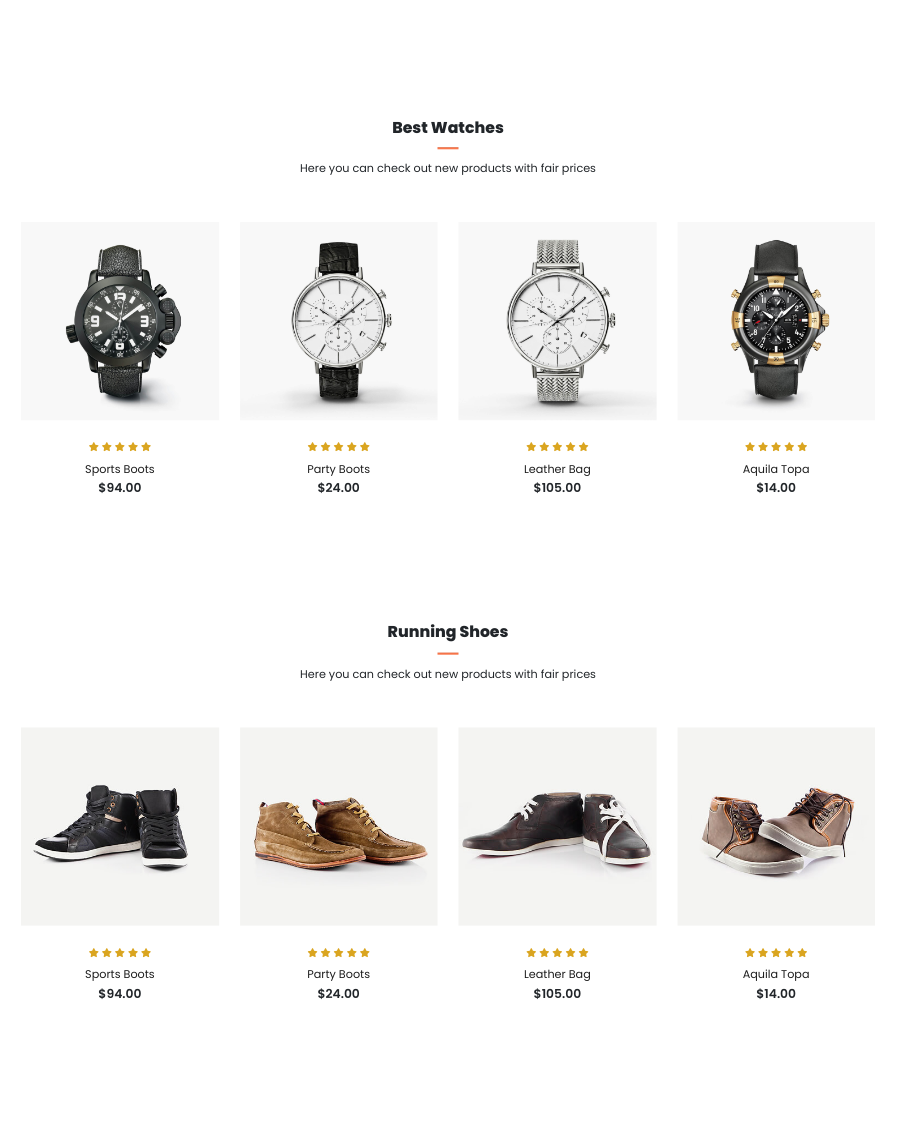
Repository: peter417waweru/e-commerce-UI
Page: index.html
An editor plug-in stored every save of this project. The page is shown before and after the next save, followed by the edit.
The browser window is 1280 px wide. The page is 1280 px wide, then 1295 px, so the pictures cover 1295 px, including what lies to the right of the window. The pictures show the part of the page from y = 3315 to 5195 px (the page is 4927 px tall before and 5195 px after), at 70% of full size.
Backgrounds fixed to the window are drawn as part of the page. Some web libraries are served in a nearby version.

Above is the page before, as saved 2025-02-08 08:25:47.

### index.html
<!DOCTYPE html>
<html lang="en">

    <head>
        <meta charset="UTF-8">
        <meta http-equiv="X-UA-Compatible" content="IE=edge">
        <meta name="viewport" content="width=device-width, initial-scale=1.0">
        <title>Ecommerce Website1</title>

        <link rel="stylesheet" href="https://cdn.jsdelivr.net/npm/bootstrap@4.1.3/dist/css/bootstrap.min.css"
         integrity="sha384-MCw98/SFnGE8fJT3GXwEOngsV7Zt27NXFoaoApmYm81iuXoPkFOJwJ8ERdknLPMO" crossorigin="anonymous">

        <link rel="stylesheet" href="https://pro.fontawesome.com/releases/v5.10.0/css/all.css" />

        <link rel="stylesheet" href="./style.css">
    </head>

    <body>

        <nav class="navbar navbar-expand-lg navbar-light bg-light py-3 fixed-top">
            <div class="container">
              <img src="img/logo1.png" alt="">
              <button class="navbar-toggler" type="button" data-bs-toggle="collapse" data-bs-target="#navbarSupportedContent" aria-controls="navbarSupportedContent" aria-expanded="false" aria-label="Toggle navigation">
                <span><i id="bar" class="fas fa-bars"></i></span>
              </button>
              <div class="collapse navbar-collapse" id="navbarSupportedContent">
                <ul class="navbar-nav ml-auto">
                  <li class="nav-item">
                    <a class="nav-link active" aria-current="page" href="#">Home</a>
                  </li>
                  <li class="nav-item">
                    <a class="nav-link" aria-current="page" href="#">Shop</a>
                  </li>
                  <li class="nav-item">
                    <a class="nav-link" aria-current="page" href="#">Blog</a>
                  </li>
                  <li class="nav-item">
                    <a class="nav-link" aria-current="page" href="#">About</a>
                  </li>
                  <li class="nav-item">
                    <a class="nav-link" aria-current="page" href="#">Contact Us</a>
                  </li>
                  <li class="nav-item">
                    <i class="fal fa-search"></i>
                    <i class="fal fa-shopping-bag"></i>
                  </li>


                </ul>

              </div>
            </div>
        </nav>


        <section id="home">
          <div class="container">
            <h5>NEW ARRIVALS</h5>
            <h1><span>Best Price</span> This year</h1>
            <p>Shop today with us for the best offers delivered to your doorsteps <br>
               within seconds.
            </p>
            <button>Shop Now</button>
          </div>
        </section>

        <section id="brand" class="container">
          <div class="row m-0 py-5">
            <img class="img-fluid col-lg-2 col-md-4 col-sm-6" src="img/brand/1.png" alt="">
            <img class="img-fluid col-lg-2 col-md-4 col-sm-6" src="img/brand/2.png" alt="">
            <img class="img-fluid col-lg-2 col-md-4 col-sm-6" src="img/brand/3.png" alt="">
            <img class="img-fluid col-lg-2 col-md-4 col-sm-6" src="img/brand/4.png" alt="">
            <img class="img-fluid col-lg-2 col-md-4 col-sm-6" src="img/brand/5.png" alt="">
            <img class="img-fluid col-lg-2 col-md-4 col-sm-6" src="img/brand/6.png" alt="">
          </div>
        </section>

        <section id="new" class="w-100">
          <div class="row p-0 m-0">
            <div class="one col-lg-4 col-md-12 col-sm-12 p-0">
              <img class="img-fluid" src="img/new/1.jpg" alt="">
              <div class="details">
                <h2>Extreme Rare Sneakers</h2>
                <button class="text-uppercase">shop now</button>
              </div>
            </div>
            <div class="one col-lg-4 col-md-12 col-sm-12 p-0">
              <img class="img-fluid" src="img/new/5.jpg" alt="">
              <div class="details">
                <h2>Awesome blank outfit</h2>
                <button class="text-uppercase">shop now</button>
              </div>
            </div>
            <div class="one col-lg-4 col-md-12 col-sm-12 p-0">
              <img class="img-fluid" src="img/new/3.jpg" alt="">
              <div class="details">
                <h2>Sportwear upto 50% off</h2>
                <button class="text-uppercase">shop now</button>
              </div>
            </div>
          </div>
        </section>

        <section id="featured" class="my-5 pb-5">
          <div class="container text-center mt-5 py-5">
            <h3>Our Featured</h3>
            <hr class="mx-auto">
            <p>Here you can check out our new products with the most fair prices</p>
          </div>
          <div class="row mx-auto container-fluid">
            <div class="product text-center col-lg-3 col-md-4 col-12">
              <img class="img-fluid mb-3" src="img/featured/1.jpg" alt="">
              <div class="star">
                <i class="fas fa-star"></i>
                <i class="fas fa-star"></i>
                <i class="fas fa-star"></i>
                <i class="fas fa-star"></i>
                <i class="fas fa-star"></i>
              </div>
              <h5 class="p-name">Sports Boots</h5>
              <h4 class="p-price">$94.00</h4>
              <button class="buy-btn">Buy Now</button>
            </div>
            <div class="product text-center col-lg-3 col-md-4 col-12">
              <img class="img-fluid mb-3" src="img/featured/2.jpg" alt="">
              <div class="star">
                <i class="fas fa-star"></i>
                <i class="fas fa-star"></i>
                <i class="fas fa-star"></i>
                <i class="fas fa-star"></i>
                <i class="fas fa-star"></i>
              </div>
              <h5 class="p-name">Party Boots</h5>
              <h4 class="p-price">$24.00</h4>
              <button class="buy-btn">Buy Now</button>
            </div>
            <div class="product text-center col-lg-3 col-md-4 col-12">
              <img class="img-fluid mb-3" src="img/featured/3.jpg" alt="">
              <div class="star">
                <i class="fas fa-star"></i>
                <i class="fas fa-star"></i>
                <i class="fas fa-star"></i>
                <i class="fas fa-star"></i>
                <i class="fas fa-star"></i>
              </div>
              <h5 class="p-name">Leather Bag</h5>
              <h4 class="p-price">$105.00</h4>
              <button class="buy-btn">Buy Now</button>
            </div>
            <div class="product text-center col-lg-3 col-md-4 col-12">
              <img class="img-fluid mb-3" src="img/featured/4.jpg" alt="">
              <div class="star">
                <i class="fas fa-star"></i>
                <i class="fas fa-star"></i>
                <i class="fas fa-star"></i>
                <i class="fas fa-star"></i>
                <i class="fas fa-star"></i>
              </div>
              <h5 class="p-name">Aquila Topa</h5>
              <h4 class="p-price">$14.00</h4>
              <button class="buy-btn">Buy Now</button>
            </div>
          </div>
        </section>

        <section id="banner" class="my-5 py-3">
          <div class="container">
            <h4>MID SEASON SALES</h4>
            <h1>Autumn Collection <br>
              UP TO 20% OFF
            </h1>
            <button class="text-uppercase">Shop Now</button>
          </div>
        </section>

        <section id="clothes" class="my-5">
          <div class="container text-center mt-5 py-5">
            <h3>Dresses and jumpsuits</h3>
            <hr class="mx-auto">
            <p>Here you can check out new products with fair prices</p>
          </div>
          <div class="row mx-auto container-fluid">
            <div class="product text-center col-lg-3 col-md-4 col-12">
              <img class="img-fluid mb-3" src="img/clothes/1.jpg" alt="">
              <div class="star">
                <i class="fas fa-star"></i>
                <i class="fas fa-star"></i>
                <i class="fas fa-star"></i>
                <i class="fas fa-star"></i>
                <i class="fas fa-star"></i>
              </div>
              <h5 class="p-name">Sports Boots</h5>
              <h4 class="p-price">$94.00</h4>
              <button class="buy-btn">Buy Now</button>
            </div>
            <div class="product text-center col-lg-3 col-md-4 col-12">
              <img class="img-fluid mb-3" src="img/clothes/2.jpg" alt="">
              <div class="star">
                <i class="fas fa-star"></i>
                <i class="fas fa-star"></i>
                <i class="fas fa-star"></i>
                <i class="fas fa-star"></i>
                <i class="fas fa-star"></i>
              </div>
              <h5 class="p-name">Party Boots</h5>
              <h4 class="p-price">$24.00</h4>
              <button class="buy-btn">Buy Now</button>
            </div>
            <div class="product text-center col-lg-3 col-md-4 col-12">
              <img class="img-fluid mb-3" src="img/clothes/3.jpg" alt="">
              <div class="star">
                <i class="fas fa-star"></i>
                <i class="fas fa-star"></i>
                <i class="fas fa-star"></i>
                <i class="fas fa-star"></i>
                <i class="fas fa-star"></i>
              </div>
              <h5 class="p-name">Leather Bag</h5>
              <h4 class="p-price">$105.00</h4>
              <button class="buy-btn">Buy Now</button>
            </div>
            <div class="product text-center col-lg-3 col-md-4 col-12">
              <img class="img-fluid mb-3" src="img/clothes/1.jpg" alt="">
              <div class="star">
                <i class="fas fa-star"></i>
                <i class="fas fa-star"></i>
                <i class="fas fa-star"></i>
                <i class="fas fa-star"></i>
                <i class="fas fa-star"></i>
              </div>
              <h5 class="p-name">Aquila Topa</h5>
              <h4 class="p-price">$14.00</h4>
              <button class="buy-btn">Buy Now</button>
            </div>
          </div>
        </section>

        <section id="watches" class="my-5">
          <div class="container text-center mt-5 py-5">
            <h3>Best Watches</h3>
            <hr class="mx-auto">
            <p>Here you can check out new products with fair prices</p>
          </div>
          <div class="row mx-auto container-fluid">
            <div class="product text-center col-lg-3 col-md-4 col-12">
              <img class="img-fluid mb-3" src="img/watches/1.jpg" alt="">
              <div class="star">
                <i class="fas fa-star"></i>
                <i class="fas fa-star"></i>
                <i class="fas fa-star"></i>
                <i class="fas fa-star"></i>
                <i class="fas fa-star"></i>
              </div>
              <h5 class="p-name">Sports Boots</h5>
              <h4 class="p-price">$94.00</h4>
              <button class="buy-btn">Buy Now</button>
            </div>
            <div class="product text-center col-lg-3 col-md-4 col-12">
              <img class="img-fluid mb-3" src="img/watches/2.jpg" alt="">
              <div class="star">
                <i class="fas fa-star"></i>
                <i class="fas fa-star"></i>
                <i class="fas fa-star"></i>
                <i class="fas fa-star"></i>
                <i class="fas fa-star"></i>
              </div>
              <h5 class="p-name">Party Boots</h5>
              <h4 class="p-price">$24.00</h4>
              <button class="buy-btn">Buy Now</button>
            </div>
            <div class="product text-center col-lg-3 col-md-4 col-12">
              <img class="img-fluid mb-3" src="img/watches/3.jpg" alt="">
              <div class="star">
                <i class="fas fa-star"></i>
                <i class="fas fa-star"></i>
                <i class="fas fa-star"></i>
                <i class="fas fa-star"></i>
                <i class="fas fa-star"></i>
              </div>
              <h5 class="p-name">Leather Bag</h5>
              <h4 class="p-price">$105.00</h4>
              <button class="buy-btn">Buy Now</button>
            </div>
            <div class="product text-center col-lg-3 col-md-4 col-12">
              <img class="img-fluid mb-3" src="img/watches/4.jpg" alt="">
              <div class="star">
                <i class="fas fa-star"></i>
                <i class="fas fa-star"></i>
                <i class="fas fa-star"></i>
                <i class="fas fa-star"></i>
                <i class="fas fa-star"></i>
              </div>
              <h5 class="p-name">Aquila Topa</h5>
              <h4 class="p-price">$14.00</h4>
              <button class="buy-btn">Buy Now</button>
            </div>
          </div>
        </section>

        <section id="shoes" class="my-5 pb-5">
          <div class="container text-center mt-5 py-5">
            <h3>Running Shoes</h3>
            <hr class="mx-auto">
            <p>Here you can check out new products with fair prices</p>
          </div>
          <div class="row mx-auto container-fluid">
            <div class="product text-center col-lg-3 col-md-4 col-12">
              <img class="img-fluid mb-3" src="img/shoes/8.jpg" alt="">
              <div class="star">
                <i class="fas fa-star"></i>
                <i class="fas fa-star"></i>
                <i class="fas fa-star"></i>
                <i class="fas fa-star"></i>
                <i class="fas fa-star"></i>
              </div>
              <h5 class="p-name">Sports Boots</h5>
              <h4 class="p-price">$94.00</h4>
              <button class="buy-btn">Buy Now</button>
            </div>
            <div class="product text-center col-lg-3 col-md-4 col-12">
              <img class="img-fluid mb-3" src="img/shoes/7.jpg" alt="">
              <div class="star">
                <i class="fas fa-star"></i>
                <i class="fas fa-star"></i>
                <i class="fas fa-star"></i>
                <i class="fas fa-star"></i>
                <i class="fas fa-star"></i>
              </div>
              <h5 class="p-name">Party Boots</h5>
              <h4 class="p-price">$24.00</h4>
              <button class="buy-btn">Buy Now</button>
            </div>
            <div class="product text-center col-lg-3 col-md-4 col-12">
              <img class="img-fluid mb-3" src="img/shoes/6.jpg" alt="">
              <div class="star">
                <i class="fas fa-star"></i>
                <i class="fas fa-star"></i>
                <i class="fas fa-star"></i>
                <i class="fas fa-star"></i>
                <i class="fas fa-star"></i>
              </div>
              <h5 class="p-name">Leather Bag</h5>
              <h4 class="p-price">$105.00</h4>
              <button class="buy-btn">Buy Now</button>
            </div>
            <div class="product text-center col-lg-3 col-md-4 col-12">
              <img class="img-fluid mb-3" src="img/shoes/5.jpg" alt="">
              <div class="star">
                <i class="fas fa-star"></i>
                <i class="fas fa-star"></i>
                <i class="fas fa-star"></i>
                <i class="fas fa-star"></i>
                <i class="fas fa-star"></i>
              </div>
              <h5 class="p-name">Aquila Topa</h5>
              <h4 class="p-price">$14.00</h4>
              <button class="buy-btn">Buy Now</button>
            </div>
          </div>
        </section>





        <script src="https://cdn.jsdelivr.net/npm/@popperjs/core@2.9.1/dist/umd/popper.min.js"
            integrity="sha384-SR1sx49pcuLnqZUnnPwx6FCym0wLsk5JZuNx2bPPENzswTNFaQU1RDvt3wT4gWFG"
            crossorigin="anonymous"></script>
        <script src="https://cdn.jsdelivr.net/npm/bootstrap@5.0.0-beta3/dist/js/bootstrap.min.js"
            integrity="sha384-j0CNLUeiqtyaRmlzUHCPZ+Gy5fQu0dQ6eZ/xAww941Ai1SxSY+0EQqNXNE6DZiVc"
            crossorigin="anonymous"></script>
    </body>

</html>

### style.css
@import url("https://fonts.googleapis.com/css2?family=Poppins:wght@100;200;300;400;500;600;700;800;900&display=swap");
* {
  margin: 0;
  padding: 0;
  box-sizing: border-box;
}

body {
  font-family: "Poppins", sans-serif;
}

h1 {
  font-size: 2.5rem;
  font-weight: 700;
}

h2 {
  font-size: 1.8rem;
  font-weight: 600;
}

h3 {
  font-size: 1.4rem;
  font-weight: 800;
}

h4 {
  font-size: 1.1rem;
  font-weight: 600;
}

h5 {
  font-size: 1rem;
  font-weight: 400;
  color: #1d1d1d;
}

h6 {
  color: #d8d8d8;
}

hr {
  width: 30px;
  height: 2px;
  background-color: #fb774b;
}

.star {
  padding: 10px 0;
}

.star i{
  font-size: 0.8rem;
  color: goldenrod;
}

button {
  font-size: 0.8rem;
  font-weight: 700;
  outline: none;
  border: none;
  background-color: #1d1d1d;
  color: aliceblue;
  padding: 13px 30px;
  cursor: pointer;
  text-transform: uppercase;
  transition: 0.3s ease;
}

button:hover {
  background-color: #3a3833;
}

hr {
  width: 30px;
  height: 2px;

}

.navbar {
  font-size: 16px;
  background-color: #d8d8d8;
  top: 0;
  left: 0;
}

.navbar-light .navbar-nav .nav-link{
  padding: 0 20px;
  color: black;
  transition: 0.3s ease;
}

.navbar-light .navbar-nav .nav-link:hover,
.navbar i:hover,
.navbar-light .navbar-nav .nav-link.active,
.navbar i.active
{
  color: coral;
}



.navbar i{
  font-size: 1.2rem;
  padding: 0 7px;
  cursor: pointer;
  transition: 0.3s ease;
}

/* Mobile Nav*/


.navbar-light .navbar-toggler{
  border: none;
  outline: none;
}

#bar {
  font-size: 1.5rem;
  padding: 7px;
  cursor: pointer;
  font-weight: 500;
  color: black;
  transition: 0.3s ease;
}

#bar:hover,
#bar.active{
  color: #fff;
}

@media only screen and (max-width: 990px) {

  body > nav > div > button:hover ,
  body > nav > div > button:focus {
    background-color: #fb774b;
  }

  body > nav > div > button:hover #bar,
  body > nav > div > button:focus #bar {
    background-color: #fb774b;
  }

  #navbarSupportedContent > ul {
    margin: 1rem;
    justify-content: flex-end;
    align-items: flex-end;
    text-align: right;
  }

  #navbarSupportedContent > ul > li:nth-child(n) > a {
    padding: 10px 0;
  }
}


#home {
  background-image: url("img/back.jpg");
  width: 100%;
  height: 100vh;
  background-size: cover;
  background-position: top 70px center;
  display: flex;
  flex-direction: column;
  align-items: flex-start;
  justify-content: center;

}

#home span{
  color: coral;
}

#new .one img{
  width: 100%;
  height: 100%;
  background-position: center center;
  background-repeat: no-repeat;
  background-size: cover;
  position: relative;
}


#new .row .one .details{
  position: absolute;
  width: 100%;
  height: 100%;
  top: 0;
  left: 0;
  transition: 0.3s ease;
}

#new .row .one:hover .details{
  cursor: pointer;
  background-color: rgba(255, 178, 178, 0.8);
}

#new .row .one .details button{
 display: inline-block;
 font-size: 14px;
 font-weight: 500;
 color: #2a2a2a;
 background: none;
 text-transform: uppercase;
 border-bottom: 1px solid #2a2a2a;
 padding: 1.5px;
 transform: translateY(70px);
 transition: 0.3s ease;
}

#new .row .one .details button:hover{
  cursor: pointer;
  color: #fff;
  border-bottom: 1px solid #fff;
}

#new .row .one:nth-child(1) .details{
  display: flex;
  justify-content: center;
  flex-direction: column;
  align-items: flex-start;
  text-align: start;
}

#new .row .one:nth-child(2) .details{
  display: flex;
  justify-content: center;
  flex-direction: column;
  align-items: center;
  text-align: center;
}

#new .row .one:nth-child(3) .details{
  display: flex;
  justify-content: center;
  flex-direction: column;
  align-items: flex-end;
  text-align: end;
}

/*Products*/

.product {
  cursor: pointer;
  margin-bottom: 2rem;
}

.product img{
  transition: 0.3s all;
}

.product img:hover{
  opacity: 0.7;
}

.product .buy-btn{
  background: #fb774b;
  transform: translateY(20px);
  opacity: 0;
  transition: 0.3s all;
}
.product:hover .buy-btn{
  transform: translateY(0px);
  opacity: 1;
}

#banner {
  background-image: url("img/banner/2.jpg");
  width: 100%;
  height: 60vh;
  background-size: cover;
  background-position: top 70px center;
  background-repeat: no-repeat;
  background-attachment: fixed;
  display: flex;
  flex-direction: column;
  align-items: flex-start;
  justify-content: center;
}

#banner h4{
  color: #D8D8D8;
}

#banner h1{
  color: #D8D8D8;
}

#banner button{
  background-color: #fb774b;
}

After the next save:
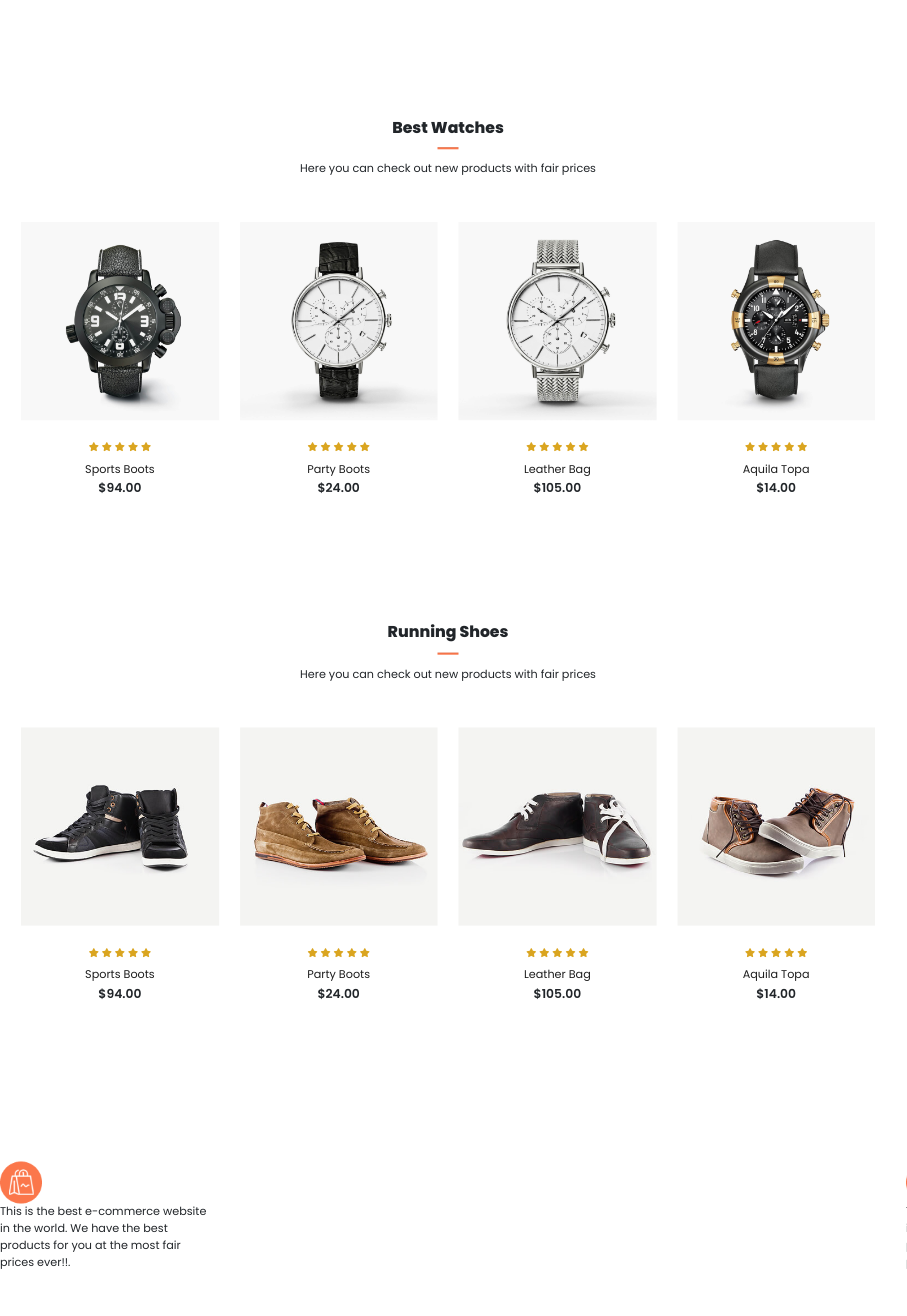
Saved 5 min 37 s later.
--- a/index.html
+++ b/index.html
@@ -359,6 +359,17 @@
           </div>
         </section>
 
+        <footer class="mt-5 py-5">
+          <div class="row">
+            <div class="footer-one col-lg-3 col-md-6 col-12">
+              <img src="img/logo2.png" alt="">
+              <p>This is the best e-commerce website in the world.
+                 We have the best products for you at the most fair prices ever!!.</p>
+
+            </div>
+          </div>
+        </footer>
+
 
 
 
